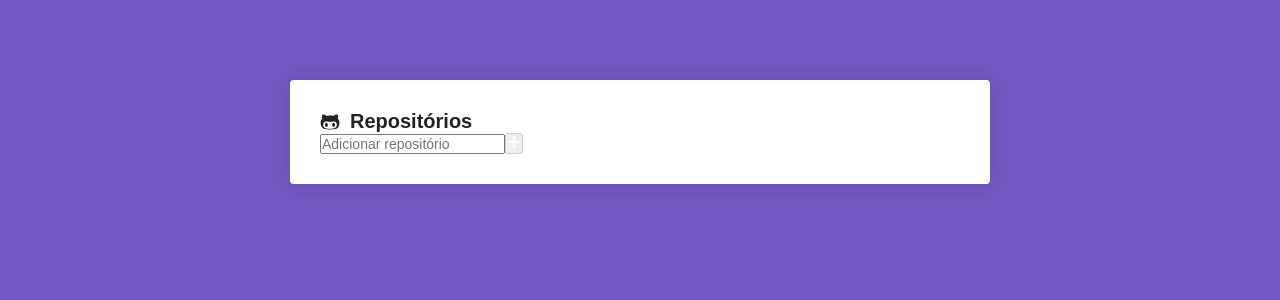
Repository: renanalves/github-repository
Page: /
An editor plug-in stored every save of this project. The page is shown before and after the next save, followed by the edit.
The browser window is 1280 px wide. The pictures show the whole page.
The project was rebuilt for these pictures with package versions that can differ from the ones it lists, and the page was loaded fresh each time. Also part of the build but not shown: src/pages/Repository/index.js.

Above is the page before, as saved 2020-03-13 11:07:51.

After the next save:
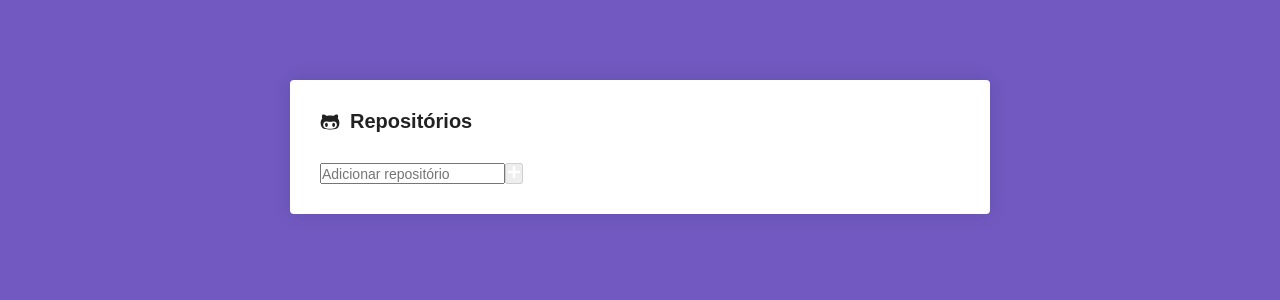
Saved 50 s later.
--- a/src/pages/Main/styles.js
+++ b/src/pages/Main/styles.js
@@ -20,6 +20,10 @@ export const Container = styled.div`
   }
 `;
 
-export const Form = styled.form``;
+export const Form = styled.form`
+  margin-top: 30px;
+  display: flex;
+  flex-direction: row;
+`;
 
 export const SubmitButton = styled.button``;
